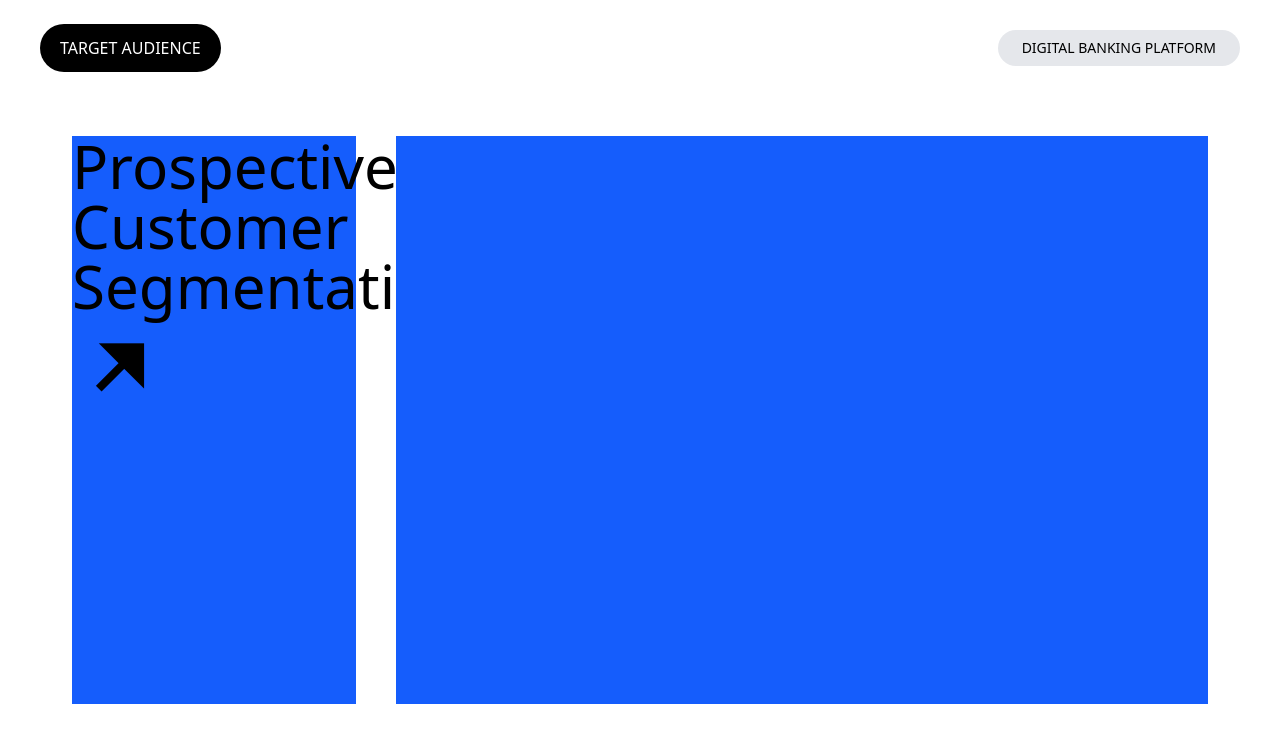
Repository: Mohitkumar1322/ReactTut
Page: / (app in projectSher1/)
The author's editor kept a copy of each file at every save. The page is drawn from the files as they stood at one save, then again after the next save.
The browser window is 1280 px wide. The pictures show the whole page.
The project was rebuilt for these pictures with package versions that can differ from the ones it lists, and the page was loaded fresh each time. Also part of the build but not shown: projectSher1/vite.config.js.

Above is the page before, as saved 2025-11-16 14:05:51.

### projectSher1/src/App.jsx
import React from 'react'
import Section1 from './components/Section1/Section1'
import Section2 from './components/Section2/Section2'

export default function App() {
  return (
    <div>
      <Section1 />
      <Section2 />
    </div>
  )
}

### projectSher1/src/components/Section1/Section1.jsx
import React from 'react'
import Navbar from './Navbar'
import Page1Content from './Page1Content'

const Section1 = () => {
  return (
    <div>
      <Navbar />
      <Page1Content />
    </div>
  )
}

export default Section1

### projectSher1/src/components/Section2/Section2.jsx
import React from 'react'

const Section2 = () => {
  return (
    <div >


    </div>
  )
}

export default Section2

### projectSher1/src/components/Section1/Navbar.jsx
import React from 'react'

const Navbar = () => {
  return (
    <div className='flex justify-between items-center py-6 px-10 '>
        <h4 className='bg-black text-white px-5 py-3 uppercase rounded-full '>Target Audience</h4>
        <button className='bg-gray-200 px-6 py-2 uppercase rounded-full text-sm'> Digital Banking Platform</button>

    </div>
  )
}

export default Navbar

### projectSher1/src/components/Section1/Page1Content.jsx
import React from 'react'
import LeftContent from './LeftContent'
import RightContent from './RightContent'

const Page1Content = () => {
  return (
    <div className='py-10 flex items-center gap-10 justify-between px-18 h-[90vh] '>

      <LeftContent />
      <RightContent />

    </div>
  )
}

export default Page1Content

### projectSher1/src/components/Section1/LeftContent.jsx
import React from 'react'

const LeftContent = () => {
  return (
    <div className='h-full w-1/4 bg-blue-600 text-6xl '>
      <div>
        <h3>
            Prospective<br></br> <span>Customer</span> <br />Segmentation
        </h3>
      </div>
      <div className='text-8xl'>
        <i className="ri-arrow-right-up-fill"></i>
      </div>
    </div>
  )
}

export default LeftContent

### projectSher1/src/components/Section1/RightContent.jsx
import React from 'react'
import 'remixicon/fonts/remixicon.css';

const RightContent = () => {
  return (
    <div className='h-full w-3/4 bg-blue-600'>

    </div>
  )
}

export default RightContent

Loaded but not shown: projectSher1/index.html (common file); projectSher1/src/main.jsx (common file); projectSher1/src/index.css (common file)

After the next save:
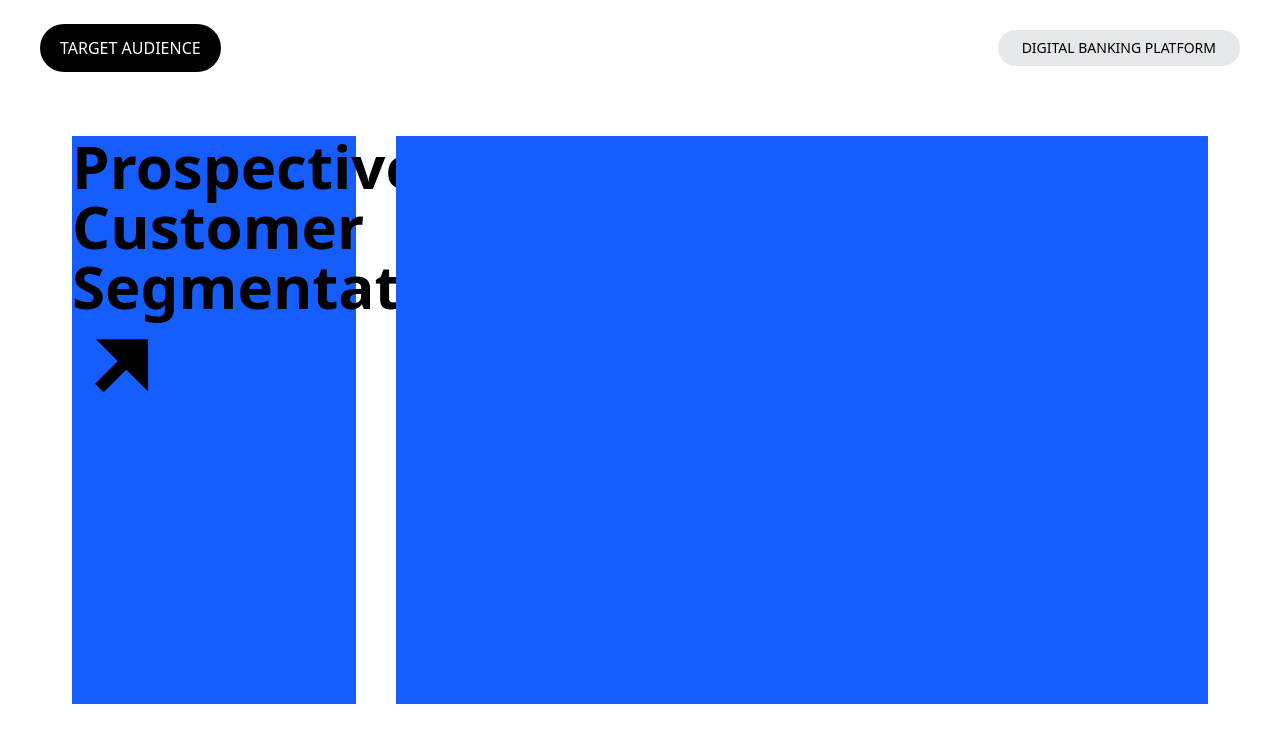
Saved 6 s later.
--- a/projectSher1/src/components/Section1/LeftContent.jsx
+++ b/projectSher1/src/components/Section1/LeftContent.jsx
@@ -2,7 +2,7 @@ import React from 'react'
 
 const LeftContent = () => {
   return (
-    <div className='h-full w-1/4 bg-blue-600 text-6xl '>
+    <div className='h-full w-1/4 bg-blue-600 text-6xl font-bold '>
       <div>
         <h3>
             Prospective<br></br> <span>Customer</span> <br />Segmentation
